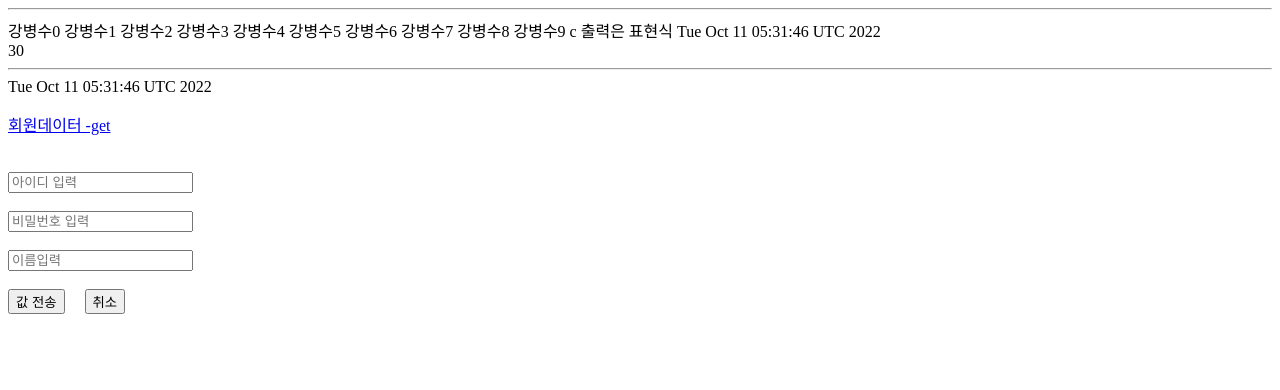
Repository: Rua1006/JSP
Page: http://localhost/practice01/
These files come from the project's save history. The page is drawn as it stood at one moment and after the next save; the edit follows.
The browser window is 1280 px wide. The pictures show the whole page.
The page is served by Tomcat 9.

Above is the page before, as saved 2022-10-14 05:47:34.

After the next save:
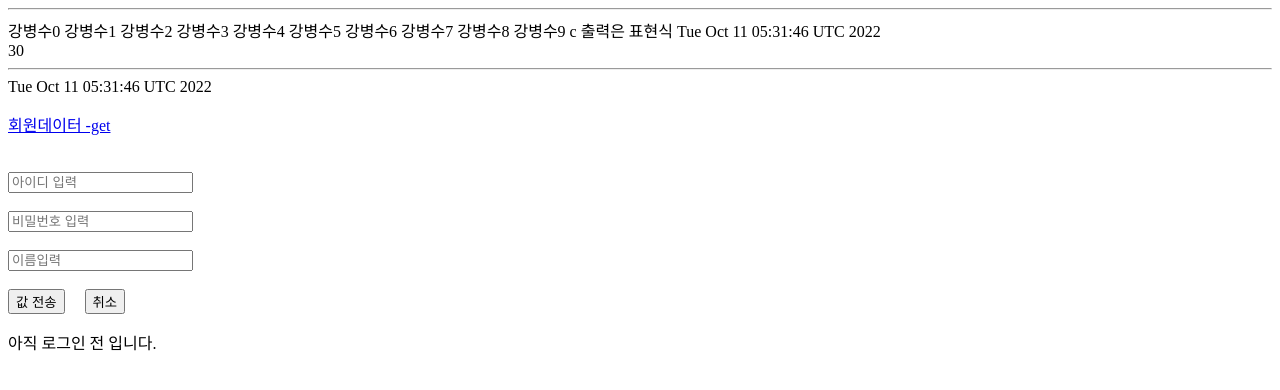
Saved 3 min 34 s later.
--- a/practice01/WebContent/index.jsp
+++ b/practice01/WebContent/index.jsp
@@ -66,5 +66,18 @@ String msg = request.getParameter("msg");
 	}
 %>
 </div>
+<%
+	String id = (String) session.getAttribute("m_id");
+	if(id!=null){
+%>
+	<p><%=id %>님이 로그인하셨습니다</p>
+	<a href="logout.jsp">로그아웃</a>
+<%
+	}else{
+%>
+	<p>아직 로그인 전 입니다.</p>
+<%
+	}
+%>
 </body>
 </html>
